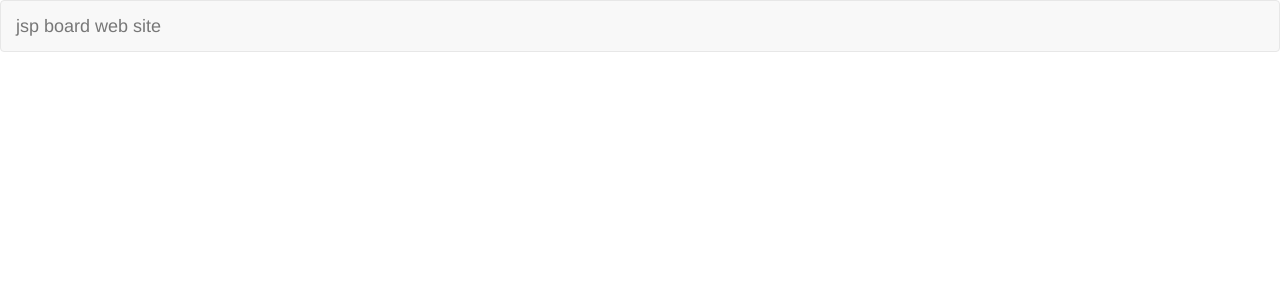
Repository: dudgh9661/JSP
Page: http://localhost/board/join.jsp
These files come from the project's save history. The page is drawn as it stood at one moment and after the next save; the edit follows.
The browser window is 1280 px wide. The pictures show the whole page.
Some web libraries are served in a nearby version. The page is served by Tomcat 9.

Above is the page before, as saved 2020-08-05 05:37:37.

After the next save:
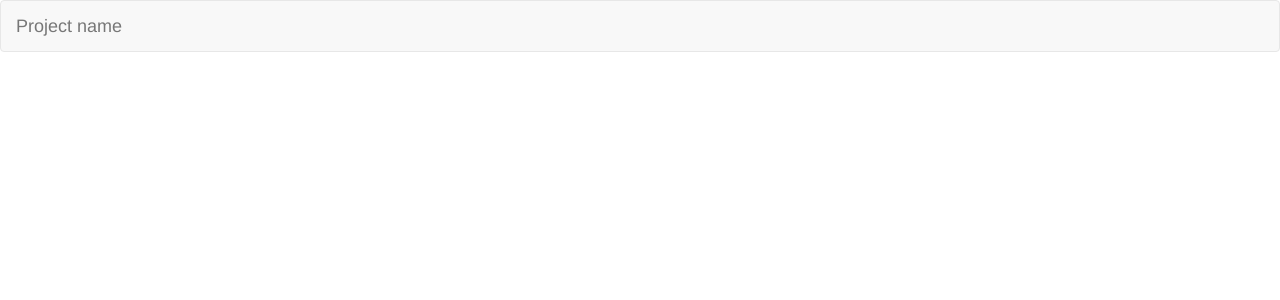
Saved 60 s later.
--- a/board/WebContent/join.jsp
+++ b/board/WebContent/join.jsp
@@ -11,14 +11,14 @@
 <body>
 	<nav class="navbar navbar-default">
 		<div class="navbar-header">
-			<button type="button" class="navbar-toggle collapsed" data-toggle="collapse"
-			data-target="#navbar" aria-expanded="false" aria-controls="navbar">
-				<span class="icon-bar"></span>
-				<span class="icon-bar"></span>
-				<span class="icon-bar"></span>
-			</button>
-			<a class="navbar-brand" href="main.jsp">jsp board web site</a>
-		</div>
+	  <button type="button" class="navbar-toggle collapsed" data-toggle="collapse" data-target="#navbar" aria-expanded="false" aria-controls="navbar">
+		<span class="sr-only">Toggle navigation</span>
+		<span class="icon-bar"></span>
+		<span class="icon-bar"></span>
+		<span class="icon-bar"></span>
+	  </button>
+	  <a class="navbar-brand" href="#">Project name</a>
+	</div>
 	</nav>
 	 <script src="https://ajax.googleapis.com/ajax/libs/jquery/3.2.1/jquery.min.js"></script>
  	<script src="https://maxcdn.bootstrapcdn.com/bootstrap/3.3.7/js/bootstrap.min.js"></script>
